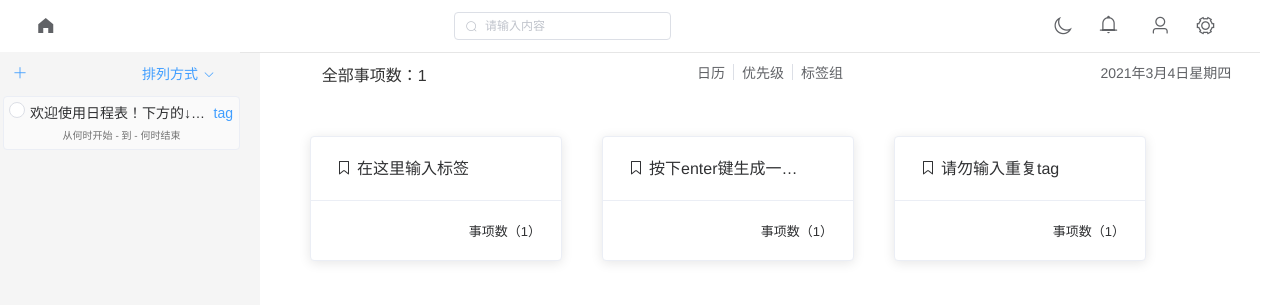
Repository: sierra0114/project01
Page: /#/tags
The author's editor kept a copy of each file at every save. The page is drawn from the files as they stood at one save, then again after a run of saves.
The browser window is 1280 px wide. The pictures show the whole page.
The project was rebuilt for these pictures with package versions that can differ from the ones it lists, and the page was loaded fresh each time. Also part of the build but not shown: vue.config.js, src/components/Approaching.vue, src/components/Expired.vue, src/components/System.vue, src/components/Calendar.vue, src/components/User.vue, src/components/Login.vue, src/components/Register.vue and 2 more.

Above is the page before, as saved 2021-03-04 00:29:21.

### public/index.html
<!DOCTYPE html>
<html>

<head>
  <meta charset="utf-8">
  <meta name="viewport" content="width=device-width,initial-scale=1.0">
  <title>日程表</title>
  <style media="screen" type="text/css">
    body {
      font-family: "Helvetica Neue", Helvetica, "PingFang SC", "Hiragino Sans GB", "Microsoft YaHei", "微软雅黑", Arial, sans-serif;
      margin: 0;
      padding: 0;
      overflow-y: hidden;
      overflow-x: hidden;
      color: #333333;
      width: 100vw;
      height: 100vh;
    }

    #appLoading {
      width: 100%;
      height: 100%;
      background-color: rgb(130, 161, 177);
      z-index: 9999;
    }

    #loadingImg {
      border-radius: 50%;
      position: absolute;
      top: 45%;
      left: 48%;
      translate: 1s ease-in-out 0;
      animation: rotate 1s linear infinite;
    }


    /* 覆盖user页面里默认的图标颜色 */

    .el-icon-basketball:before {
      content: "\e7a5";
      color: rgb(224, 130, 53);
    }

    .el-icon-cold-drink:before {
      content: "\e7a5";
      color: rgb(235, 231, 47);
    }

    .el-icon-grape:before {
      content: "\e7a5";
      color: rgb(74, 55, 97);
    }

    .el-icon-apple:before {
      content: "\e7a5";
      color: rgb(175, 56, 56);
    }

    .el-icon-lollipop:before {
      content: "\e7a5";
      color: rgb(75, 165, 218);
    }

    .el-icon-coffee:before {
      content: "\e7a5";
      color: rgb(107, 79, 62);
    }

    .el-icon-user-solid:before {
      content: "\e7a5";
      color: rgb(227, 235, 243);
    }
  </style>
</head>

<body>
  <div id="appLoading">
    <div id="loadingImg">
      <svg t="1613764102468" class="icon" viewBox="0 0 1024 1024" version="1.1" xmlns="http://www.w3.org/2000/svg"
        p-id="6649" data-spm-anchor-id="a313x.7781069.0.i24" width="48" height="48">
        <path
          d="M546.462897 266.292966c-73.410207 0-133.15531-59.727448-133.155311-133.137656C413.307586 59.762759 473.05269 0 546.462897 0c73.410207 0 133.12 59.727448 133.12 133.15531 0 73.410207-59.709793 133.137655-133.12 133.137656z m-283.453794 105.736827c-67.054345 0-121.626483-54.554483-121.626482-121.644138s54.572138-121.644138 121.626482-121.644138a121.767724 121.767724 0 0 1 121.608828 121.644138c0 67.054345-54.554483 121.644138-121.608828 121.644138zM142.547862 647.185655A107.343448 107.343448 0 0 1 35.310345 539.895172a107.343448 107.343448 0 0 1 107.237517-107.237517 107.343448 107.343448 0 0 1 107.219862 107.237517 107.343448 107.343448 0 0 1-107.219862 107.272828z m120.461241 272.595862a91.047724 91.047724 0 0 1-90.941793-90.959448 91.065379 91.065379 0 0 1 90.924138-90.941793 91.065379 91.065379 0 0 1 90.941793 90.941793c0 50.14069-40.783448 90.959448-90.924138 90.959448zM546.462897 1024a79.518897 79.518897 0 0 1-79.448276-79.448276c0-43.820138 35.645793-79.448276 79.448276-79.448276a79.518897 79.518897 0 0 1 79.43062 79.448276c0 43.820138-35.628138 79.448276-79.448276 79.448276z m287.744-134.285241a64.194207 64.194207 0 0 1-64.123587-64.123587 64.194207 64.194207 0 0 1 64.123587-64.123586 64.194207 64.194207 0 0 1 64.123586 64.123586 64.194207 64.194207 0 0 1-64.123586 64.123587z m117.848275-296.695173a52.683034 52.683034 0 0 1-52.612413-52.612414 52.683034 52.683034 0 0 1 52.612413-52.630069 52.70069 52.70069 0 0 1 52.630069 52.612414 52.718345 52.718345 0 0 1-52.630069 52.630069z m-158.667034-338.696827a40.818759 40.818759 0 1 0 81.655172 0.017655 40.818759 40.818759 0 0 0-81.655172 0z"
          p-id="6650" data-spm-anchor-id="a313x.7781069.0.i23" class="" fill="#ffffff"></path>
      </svg>
    </div>
  </div>

  <div id="app"></div>

</body>

</html>

### src/layout/AppMain.vue
<template>
  <el-container>
    <el-header height="52px">

      <Header @to-appmain="refSidbar"></Header>

    </el-header>
    <el-container v-if="!noSidebar">
      <el-aside width="260px">

        <Sidbar ref="Sidbar"></Sidbar>

      </el-aside>
      <el-main>

        <router-view name="Main"></router-view>

      </el-main>

    </el-container>

  </el-container>
</template>
<script>
import Header from '../components/Header'
import Sidbar from '../components/Sidbar'
// import Main from '../components/Main'
import dataBase from '../data/dataBase.js'
export default {
  name: 'AppMain',
  components: {
    Header,
    Sidbar
  },
  computed: {},
  data () {
    return {
      msg: 'hello',
      noSidebar: false
    }
  },
  methods: {
    refSidbar (info) {
      this.$refs.Sidbar.passThisToForm(info)
    }
  },
  created () {
    dataBase() // 初始化数据库
  }
}
</script>
<style scoped>
.el-header,
.el-footer {
  text-align: center;
  line-height: 50px;
  height: 50px;
}
Header {
  line-height: 50px;
  height: 50px;
}

.el-aside {
  background-color: rgb(245, 245, 245);
  text-align: center;
}

.el-main {
  text-align: center;
  padding: 10px;
}

body > .el-container {
  margin-bottom: 0;
  width: 100vw;
  height: 100vh;
}

.el-container:nth-child(5) .el-aside,
.el-container:nth-child(6) .el-aside {
  line-height: 260px;
}

.el-container:nth-child(7) .el-aside {
  line-height: 320px;
}

/* header {
  display: flex;
  position: fixed;
  top: 0;
  left: 0;
  width: 100vw;
  height: 40px;
  background-color: rgb(255, 0, 0);
}
sidbar {
  display: flex;
  width: 200px;
  background-color: rgb(200, 255, 0);
}
main {
  position: relative;
  display: flex;

  top: 40px;
  left: 0;
  right: 0;
  background-color: rgb(0, 255, 13);
}
full-calendar {
flex-grow: 1;
  background-color: rgb(0, 255, 255);
} */
</style>

### src/components/Sidbar.vue


<template id='Sidbar'>
  <div class="Sidbar">
    <div class="container">
      <el-row>
        <el-col :span="24">
          <Form @bindFunc="getListFromForm" ref="drawer"></Form>
          <div class="view-change">
            <el-dropdown
              size="medium"
              placement="bottom"
              @command="handleCommand"
            >
              <span class="drop-down-link"
                >排列方式<i class="el-icon-arrow-down el-icon--right"></i
              ></span>
              <el-dropdown-menu slot="dropdown">
                <el-dropdown-item command="a">时间顺序</el-dropdown-item>
                <el-dropdown-item command="b">时间逆序</el-dropdown-item>
                <!-- <el-dropdown-item command="c">螺蛳粉</el-dropdown-item>
              <el-dropdown-item command="d" disabled>双皮奶</el-dropdown-item>
              <el-dropdown-item command="e" divided>蚵仔煎</el-dropdown-item> -->
              </el-dropdown-menu>
            </el-dropdown>
          </div>
        </el-col>
      </el-row>
    </div>

    <div class="empty"></div>
    <div class="cards" v-if="!isReverse">
      <SidbarCard
        v-for="item in this.resovedList"
        :key="item.reKey"
        :info="item"
        @openForm-between="passThisToForm"
      ></SidbarCard>
      <!-- info绑定的是子组件的props的属性 -->
    </div>
    <div class="cards" v-else>
      <SidbarCard
        v-for="item in this.resovedListReverse"
        :key="item.reKey"
        :info="item"
        @openForm-between="passThisToForm"
      ></SidbarCard>
      <!-- info绑定的是子组件的props的属性 -->
    </div>

    <div class="empty"></div>
  </div>
</template>

<script>
import SidbarCard from "./SidbarCard.vue";
import Form from "./Form";

export default {
  name: "Sidbar",
  data() {
    return {
      list: [], // 从数据库取得的所有数据数组
      resovedList: [], // 解析list以得到的缩略版本，顺序数组，传递给子组件sidbarCard
      resovedListReverse: [], // 和resovedList一样，逆序数组，传递给子组件sidbarCard

      // flag
      isReverse: false, // 数组是否逆序
    };
  },
  components: {
    SidbarCard,
    Form,
  },
  methods: {
    getListFromForm(list) {
      // eslint-disable-next-line no-unused-vars
      this.list = list;
    },
    getList() {
      let db; // 数据库对象
      let objStore; // 对象仓库
      let request; // 请求
      let transaction; // 连接事务
      let readRequest; // 读写事务

      request = window.indexedDB.open("db"); // 连接数据库
      request.onerror = () => {
        // 请求失败
        // console.log('连接数据库请求 失败 ！因为' + event)
      };

      request.onsuccess = (event) => {
        // 请求成功
        db = event.target.result;
        // db=request.result  一样的效果
        // console.log('连接数据库请求 成功 ')
        transaction = db.transaction("info", "readwrite"); // 开启读写事务
        objStore = transaction.objectStore("info"); // 指定事务为‘info’对象仓库的事务
        readRequest = objStore.getAll(null);

        readRequest.onerror = () => {
          // console.log('读写事务 失败！')
        };
        readRequest.onsuccess = () => {
          // console.log('读写事务 成功！已经获取到了list数据')
          this.list = readRequest.result;
          console.log("侧边栏获取到了list，它的值为：");
          console.log(this.list);
        };
      };
    },
    toColorClass(item) {
      let Class = "";
      let color = item.color;
      switch (color) {
        case "red":
          Class = "danger";
          break;
        case "blue":
          Class = "primary";
          break;
        case "green":
          Class = "success";
          break;
        case "yellow":
          Class = "warning";
          break;
        case "grey":
          Class = "info";
          break;
        case "":
          Class = "";
      }
      return Class;
    },
    getTime(item, num) {
      let timeObj = item.time[num];
      // eslint-disable-next-line valid-typeof
      if (typeof timeObj === null) {
        // time对象的类型为null（time对象为空
        return "时间对象不存在";
        // eslint-disable-next-line valid-typeof
      } else if (typeof timeObj === "string") {
        // time对象的类型为string（初始化数据的情况
        return timeObj;
      } else {
        let timetr = getTimeStr();
        return timetr;
      }
      function getTimeStr() {
        if (typeof timeObj === "object") {
          const day = timeObj.getDay();
          const date = timeObj.getDate();
          const month = timeObj.getMonth() + 1;
          const year = timeObj.getFullYear();
          const weekMap = [
            "",
            "星期一",
            "星期二",
            "星期三",
            "星期四",
            "星期五",
            "星期六",
            "星期日",
            "",
          ];
          const timeStr = year + "/" + month + "/" + date + " " + weekMap[day];
          return timeStr;
        }
      }
    },
    getTag(item) {
      let tags = [];
      let reTags = "";
      tags = item.tags;
      for (let i in tags) {
        reTags += "#" + tags[i] + " ";
      }
      return reTags;
    },
    getTagFlag(item) {
      let tags = [];
      tags = item.tags;

      if (tags.length === 0) {
        return false;
      } else {
        return true;
      }
    },
    getResovedList() {
      let resovedList = [];
      for (let i in this.list) {
        let item = this.list[i];
        let reTime = item.time;
        let reKey = item.key;
        let reMainText = item.mainText;
        let reColor = this.toColorClass(item);
        let reTimeFrom = this.getTime(item, 0);
        let reTimeTo = this.getTime(item, 1);
        let reTag = this.getTag(item);
        let tagFlag = this.getTagFlag(item);

        let resovedItem = {
          reTime,
          reMainText,
          reColor,
          reTimeFrom,
          reTimeTo,
          reTag,
          tagFlag,
          reKey,
        };

        resovedList.push(resovedItem);
      }
      resovedList.sort((a, b) => {
        return a.reTime[0] - b.reTime[0];
      });
      console.log("22222222222222");
      console.log(resovedList);
      return resovedList;
    },
    passThisToForm(keyOrInfo) {
      // 有两个调用来源：
      // 1从子组件sidbarCard的emit（参数为一个事项的key）
      // 2从父组件appmian的ref（参数为一个事项的全部信息）
      if (keyOrInfo.mainText) {
        let info = keyOrInfo;
        this.$refs.drawer.open(info); // 调用form的openForm方法
      } else {
        let key = keyOrInfo;
        for (let i in this.list) {
          if (this.list[i].key === key) {
            let info = this.list[i];
            this.$refs.drawer.open(info); // 调用form的openForm方法
            return;
          }
        }
      }
    },
    // --------------------------------------------------------------------------------------------------
    // --------------------------------------     下拉菜单指令     --------------------------------------
    // --------------------------------------------------------------------------------------------------
    handleCommand(command) {
      if (command === "a") {
        this.isReverse = false;
        console.log(this.isReverse);
        this.$message("正序");
      } else if (command === "b") {
        this.isReverse = true;
        console.log(this.isReverse);
        this.$message("逆序");
      }
    },
  },
  // --------------------------------------     whath     --------------------------------------
  watch: {
    list: {
      handler() {
        console.log("侧边栏的list更新了");
        this.resovedList = this.getResovedList();
        this.resovedListReverse = [...this.resovedList].reverse(); // 浅拷贝
        console.log("1111111111");
        console.log(this.resovedListReverse);
        console.log(this.resovedList);
      },
    },
    resovedList: {
      handler() {
        console.log("侧边栏的resovedList更新了");
      },
    },
  },
  // --------------------------------------     created     --------------------------------------

  created() {
    this.getList();
    console.log("侧边栏被创建了");
  },
  // --------------------------------------     beforeMount     --------------------------------------

  beforeMount() {
    this.resovedList = this.getResovedList();
  },
};
</script>

<!-- Add "scoped" attribute to limit CSS to this component only -->

<style scoped>
* {
  translate: 0.5s;
  font-weight: normal;
  font-size: 14px;
}
.Sidbar {
  display: block;
  background-color: rgb(245, 245, 245);

  max-height: 90vh;
  padding-right: 25px;
  overflow-y: auto;
  overflow-y: overlay;
  overflow-x: hidden;
}

.el-dropdown-link,
span {
  cursor: pointer;
  color: #409eff;
}
.el-icon-arrow-down {
  font-size: 12px;
}
.el-row {
  white-space: nowrap;
  width: fit-content;
  margin-top: 1px;

  position: fixed;
  width: 230px;
  background-color: rgb(245, 245, 245);
}
.el-col {
  display: flex;
  justify-content: space-between;
  align-items: center;
}
.container {
  position: fixed;
  width: 240px;
  height: 42px;
  background-color: rgb(245, 245, 245);
}
.newButton {
  font-size: bolder;
  padding-left: 20px;
}
.view-change {
  padding-right: 15px;
}
.empty {
  background-color: rgb(245, 245, 245);
  height: 42px;
}
.el-divider {
  top: 40px;
  margin: 0;
}
</style>

### src/components/Main.vue
<template>
  <div class="main">
    <el-row class="nav">
      <el-col :span="5">全部事项数：{{ eventsCountAll }}</el-col>

      <el-col :span="14">
        <router-link :to="{ name: 'calendar' }">
          <el-link>日历</el-link>
        </router-link>

        <el-divider direction="vertical"></el-divider>

        <router-link :to="{ name: 'priority' }">
          <el-link>优先级</el-link>
        </router-link>

        <el-divider direction="vertical"></el-divider>

        <router-link :to="{ name: 'tags' }">
          <el-link>标签组</el-link>
        </router-link>
      </el-col>
      <el-col :span="5">
        <el-link v-on:click="toToday">{{ today }}</el-link>
      </el-col>
    </el-row>
    <el-row class="view">
      <router-view></router-view>
    </el-row>
  </div>
</template>

<script>
import router from "../router";

export default {
  name: "Main",
  data() {
    return {
      today: "今天",

      // 事项计数
      eventsCountAll: 0,
      eventsCountOngoing: 0,
      eventsCountExpired: 0,

      thisMonth: 0,
    };
  },
  components: {},
  methods: {
    toToday() {
      router.push({
        name: "calendar",
        time: this.today,
      });
    },
    updatingToday() {
      setInterval(() => {
        const time = new Date();
        this.today = time;
        const day = time.getDay();
        const date = time.getDate();
        const month = time.getMonth() + 1;
        const year = time.getFullYear();
        const weekMap = [
          "",
          "星期一",
          "星期二",
          "星期三",
          "星期四",
          "星期五",
          "星期六",
          "星期日",
          "",
        ];
        const timeStr = year + "年" + month + "月" + date + "日" + weekMap[day];
        this.today = timeStr;
      }, 1000);
    },
    getEventsCount() {
      let db; // 数据库对象
      let objStore; // 对象仓库
      let request; // 请求
      let transaction; // 连接事务
      let readRequest; // 读写事务

      request = window.indexedDB.open("db"); // 连接数据库
      request.onerror = () => {
        // 请求失败
        // console.log('连接数据库请求 失败 ！因为' + event)
      };

      request.onsuccess = (event) => {
        // 请求成功
        db = event.target.result;
        // db=request.result  一样的效果
        // console.log('连接数据库请求 成功 ')
        transaction = db.transaction("info", "readwrite"); // 开启读写事务
        objStore = transaction.objectStore("info"); // 指定事务为‘info’对象仓库的事务
        readRequest = objStore.getAll(null);

        readRequest.onerror = () => {
          // console.log('读写事务 失败！')
        };
        readRequest.onsuccess = () => {
          // console.log('读写事务 成功！已经获取到了list数据')
          let list = readRequest.result;
          this.eventsCountAll = list.length;
          // alert(list.length)
        };
      };
    },
  },
  created() {
    this.updatingToday();
    this.getEventsCount();
  },
  updated() {
    this.getEventsCount();
  },
};
</script>

<!-- Add "scoped" attribute to limit CSS to this component only -->

<style scoped>
* {
  translate: 0.5s;
  font-weight: normal;
  font-size: 16px;
}

.router-view {
  display: block;
  overflow-y: scroll;
  overflow-x: auto;
}

.nav {
  padding-bottom: 10px;
}

a {
  text-decoration: none;
}

a:link {
  color: black;
}

a:visited {
  color: black;
}

a:hover {
  color: black;
}

a:active {
  color: black;
}

.router-link-active {
  text-decoration: none;
}
</style>

### src/components/Tags.vue
<template>
  <div class="container">
    <div v-for="(item, index) in tags" :key="index">
      <el-card
        style="text-align: left"
        :ref="index"
        class="hide"
        @mouseover.native="show(index)"
        @mouseout.native="hide(index)"
        @click.native="handleClick(index)"
      >
        <div slot="header" class="clearfix">
          <span
            ><i class="el-icon-collection-tag" style="margin-right: 5px"> </i
            >{{ item.tagNamw }}</span
          >
        </div>
        <div class="count">事项数（{{ item.tagCount }}）</div>
      </el-card>
    </div>
  </div>
</template>
<script>
import { store, mutations } from "../store";

export default {
  name: "Tags",
  data() {
    return {
      infolist: [],

      tags: [],
      tag: { tagCount: 0, tagNamw: "" },
      oldClass: "",
    };
  },
  methods: {
    show(index) {
      let oldClass = this.$refs[index][0].$el.className;
      let newClass = oldClass + " show";
      this.oldClass = this.$refs[index][0].$el.className;
      this.$refs[index][0].$el.className = newClass;
      // console.log(this.$refs[index][0].$el.className);
    },
    hide(index) {
      this.$refs[index][0].$el.className = this.oldClass;
      // console.log(this.$refs[index][0].$el.className);
    },
    handleClick(index) {
      let tag = this.tags[index];
      let infoArr = tag.infoArr;
      console.log(infoArr);
    },
    resolveListToTags() {
      //把indolist里面的信息转化到tags中
      let uniqTag = this.getUniqTags;
      let tagArr = [];

      for (let index in uniqTag) {
        let temp = this.querryTag(uniqTag[index]);
        let tag = {};
        tag.tagNamw = uniqTag[index];
        tag.tagCount = temp.length;
        tag.infoArr = temp;
        tagArr.push(tag);
      }
      this.tags = [...tagArr];
      this.$forceUpdate();
      // alert("更新视图");
    },
    querryTag(tag) {
      //根据tag查找对应的事项
      let temp = [];
      for (let i in this.infolist) {
        for (let j in this.infolist[i].tags) {
          if (this.infolist[i].tags[j] === tag) {
            temp.push(this.infolist[i]);
            break;
          }
        }
      }
      console.log(temp);
      return temp;
    },
    updateInfo() {
      let db; // 数据库对象
      let objStore; // 对象仓库
      let request; // 请求
      let transaction; // 连接事务
      let readRequest; // 读写事务

      request = window.indexedDB.open("db"); // 连接数据库
      request.onerror = () => {
        // 请求失败
        alert("连接数据库请求 失败 ！因为" + event);
      };

      request.onsuccess = (event) => {
        // 请求成功
        db = event.target.result;
        // db=request.result  一样的效果
        // console.log('连接数据库请求 成功 ')
        transaction = db.transaction("info", "readwrite"); // 开启读写事务
        objStore = transaction.objectStore("info"); // 指定事务为‘info’对象仓库的事务
        readRequest = objStore.getAll(null);

        readRequest.onerror = () => {
          alert("读写事务 失败！");
        };
        readRequest.onsuccess = () => {
          // console.log('读写事务 成功！已经获取到了list数据')
          this.infolist = readRequest.result;
          this.resolveListToTags();
          // alert("更新数据");
          mutations.setUpdateFlag(false);
        };
      };
    },
  },
  computed: {
    updateFlag() {
      return store.updateFlag;
    },
    getUniqTags: function () {
      let uniqTag = [];
      let allTags = [];

      for (let index in this.infolist) {
        let arr = this.infolist[index].tags;
        allTags = [...allTags, ...arr];
      }

      for (let i = 0; i < allTags.length; i++) {
        for (let j = i + 1; j < allTags.length; j++) {
          if (allTags[i] === allTags[j]) {
            //如果存在相等的两个tag
            i++; //进入下一层i循环
            j = i;
          }
        }
        uniqTag.push(allTags[i]);
        console.log(uniqTag);
      }
      return uniqTag;
    },
  },
  watch: {
    updateFlag: function () {
      // alert("watch检测到upstateflag更新");
      if (store.updateFlag === true) {
        this.updateInfo();
      }
    },
  },
  created() {
    this.updateInfo();
  },
};
</script>
<style scoped>
.container {
  display: flex;
  flex-flow: row wrap;
  margin: 20px;
}
.el-card {
  width: 250px;
  margin: 20px;
}
span {
  padding: 0 0 3px 5px;
  width: 180px;
  word-wrap: break-word;
  display: -webkit-box;
  -webkit-box-orient: vertical;
  /* 超过几行文字会被省略
   */
  -webkit-line-clamp: 1;
  overflow: hidden;
}
.count {
  text-align: right;
  font-size: 13px;
}
.show {
  cursor: pointer;
  background: rgb(245, 245, 245);
}
.hide {
  cursor: pointer;
}
</style>

### src/components/SidbarCard.vue
<template>
  <transition name="card">
    <el-card class="box-card" shadow="hover" :body-style="{ padding: '5px' }">
      <div class="clearfix">
        <div class="left">
          <el-button
            :type="info.reColor"
            size="mini"
            v-on:click="deleteInfo"
            circle
          ></el-button>
          <!-- 优先级：   红  >   黄    >蓝>    绿
           type= "danger">"warning">"">"success" -->

          <span
            class="info"
            :title="info.reMainText"
            v-on:click="openFormEmit"
            >{{ info.reMainText }}</span
          >
        </div>
        <el-tooltip
          v-if="info.tagFlag"
          effect="dark"
          :content="info.reTag"
          placement="right"
        >
          <el-button
            style="float: right; padding: 3px 0"
            type="text"
            v-on:click="openTags"
            >tag</el-button
          ></el-tooltip
        >
      </div>

      <p class="time" v-on:click="openFormEmit">
        {{ info.reTimeFrom }}<span> - 到 - </span>{{ info.reTimeTo }}
      </p>
    </el-card>
  </transition>
</template>
<script>
import router from "../router";
import { mutations } from "../store";

export default {
  name: "SidbarCard",
  data() {
    return {};
  },
  props: {
    info: Object,
  },
  methods: {
    deleteInfo() {
      // alert(this.info.reKey)
      let db; // 数据库对象
      let objStore; // 对象仓库
      let request; // 请求
      let transaction; // 连接事务
      let readRequest; // 读写事务

      request = window.indexedDB.open("db"); // 连接数据库
      request.onerror = () => {
        // alert('打开数据库失败！')
      };

      request.onsuccess = (event) => {
        // alert('打开数据库成功！')
        db = event.target.result;
        transaction = db.transaction("info", "readwrite"); // 开启读写事务
        objStore = transaction.objectStore("info"); // 指定事务为‘info’对象仓库的事务
        readRequest = objStore.delete(this.info.reKey);

        // 点击颜色圆点要通过key检索到并且从数据库中删除这个事项，目前没有实现从数据库中删除的功能，key是原因

        readRequest.onerror = () => {
          // alert('删除失败！')
        };
        readRequest.onsuccess = () => {
          // eslint-disable-next-line no-unused-expressions
          // console.log(this.$parent)
          this.$parent.getList(); // 更新sidbar视图
          // alert('删除成功！')
          mutations.setUpdateFlag(true);
        };
      };
    },
    openTags() {
      // 点击tag打开tag视图
      router.push({ name: "tags", key: this.info.reKey });
    },
    openFormEmit() {
      // 点击卡片打开form
      this.$emit("openForm-between", this.info.reKey);
    },
  },
  watch: {
    info: {
      handler(oldInfo, newInfo) {
        console.log("新的info值为：");
        console.log("卡片里的info更新了");
        console.log(newInfo);
      },
    },
  },
};
</script>
<style scoped>
* {
  font-weight: normal;
  /* font-size: 14px;   不知道为什么这条会覆盖下面的    font-size: 10px; */
}

.item {
  margin-bottom: 18px;
}

.clearfix {
  text-align: left;
  display: flex;
  flex-flow: row nowrap;
  align-items: flex-start;
  justify-content: space-between;
}
.left {
  text-align: left;
  display: flex;
  flex-flow: row nowrap;
  align-items: flex-start;
  justify-content: space-between;
}
.info {
  padding: 0 0 3px 5px;
  width: 180px;
  word-wrap: break-word;
  display: -webkit-box;
  -webkit-box-orient: vertical;
  /* 超过几行文字会被省略
   */
  -webkit-line-clamp: 1;
  overflow: hidden;
  cursor: pointer;
}
/* ////////////////////////////////////   动画-start    //////////////////////////////////////////////// */
.card-enter-active {
  transition: all 0.3s ease;
}
.card-leave-active {
  transition: all 0.2s cubic-bezier(1, 0.5, 0.8, 1);
}
.card-enter,.card-leave-to
/* .slide-fade-leave-active for below version 2.1.8 */ {
  transform: translateX(10px);
  opacity: 0;
}
/* ////////////////////////////////////   动画-end    //////////////////////////////////////////////// */

.time {
  cursor: pointer;
}
p {
  margin: 2px;
  color: rgb(114, 114, 114);
  font-size: 10px;
}
.el-row {
  z-index: 0;
}
.box-card {
  padding: 0px;
  margin: 2px 2px 2px 3px;
  width: 100%;
  background-color: rgba(255, 255, 255, 0.479);
}
</style>

Loaded but not shown: src/style/theme/index.css (library); src/data/dataBase.js (183 lines, source omitted); src/router/index.js (85 lines, source omitted); src/main.js (41 lines, source omitted); src/store/index.js (11 lines, source omitted); src/components/Form.vue (866 lines, source omitted); src/components/Header.vue (339 lines, source omitted)

After the next 2 saves:
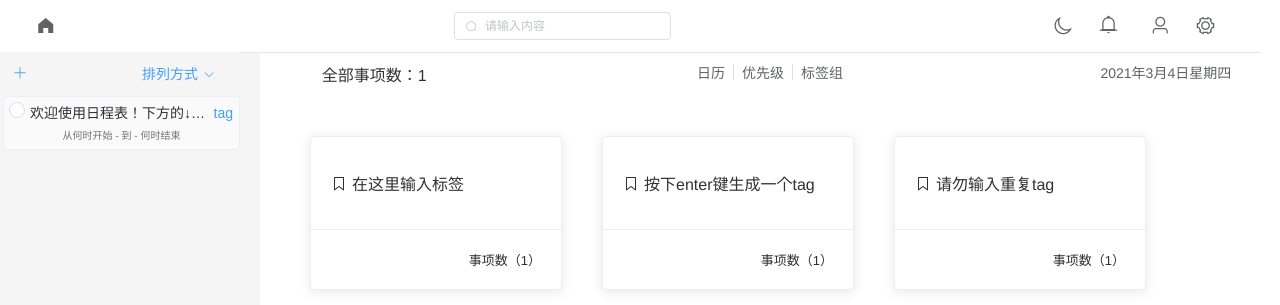
The 2 saves are shown as one change because 1 did not build or start.
The last was saved 54 s later.
--- a/src/components/Tags.vue
+++ b/src/components/Tags.vue
@@ -10,9 +10,9 @@
         @click.native="handleClick(index)"
       >
         <div slot="header" class="clearfix">
-          <span
+          <p
             ><i class="el-icon-collection-tag" style="margin-right: 5px"> </i
-            >{{ item.tagNamw }}</span
+            >{{ item.tagNamw }}</p
           >
         </div>
         <div class="count">事项数（{{ item.tagCount }}）</div>
